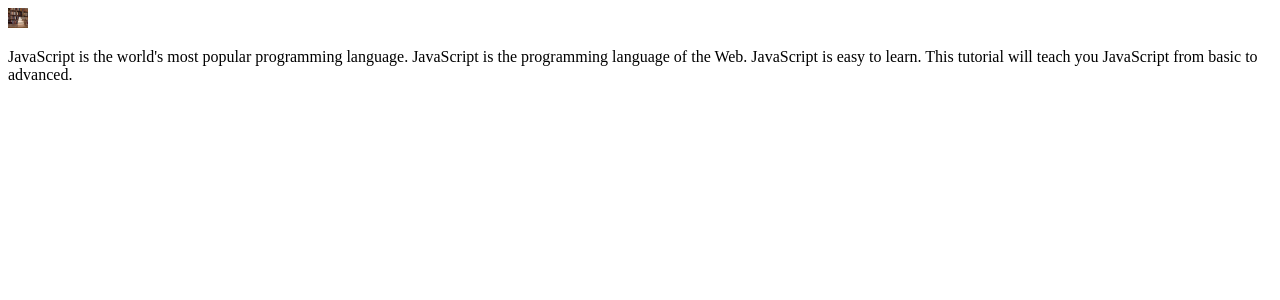
Repository: venkatesakki/JavaDeveloper
Page: javascript_example/src/main/webapp/dom_parsing.html
The author's editor kept a copy of each file at every save. The page is drawn from the files as they stood at one save, then again after the next save.
The browser window is 1280 px wide. The pictures show the whole page.

Above is the page before, as saved 2022-06-28 12:00:56.

After the next save:
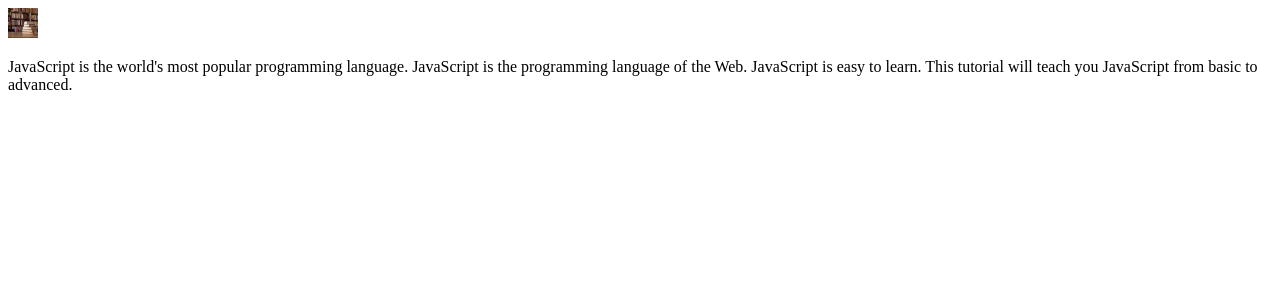
Saved 8 s later.
--- a/javascript_example/src/main/webapp/dom_parsing.html
+++ b/javascript_example/src/main/webapp/dom_parsing.html
@@ -6,8 +6,8 @@
 <style>
 .icon
 {
-width:20px;
-height:20px;
+width:30px;
+height:30px;
 }
 
 .fontSizeUp{
